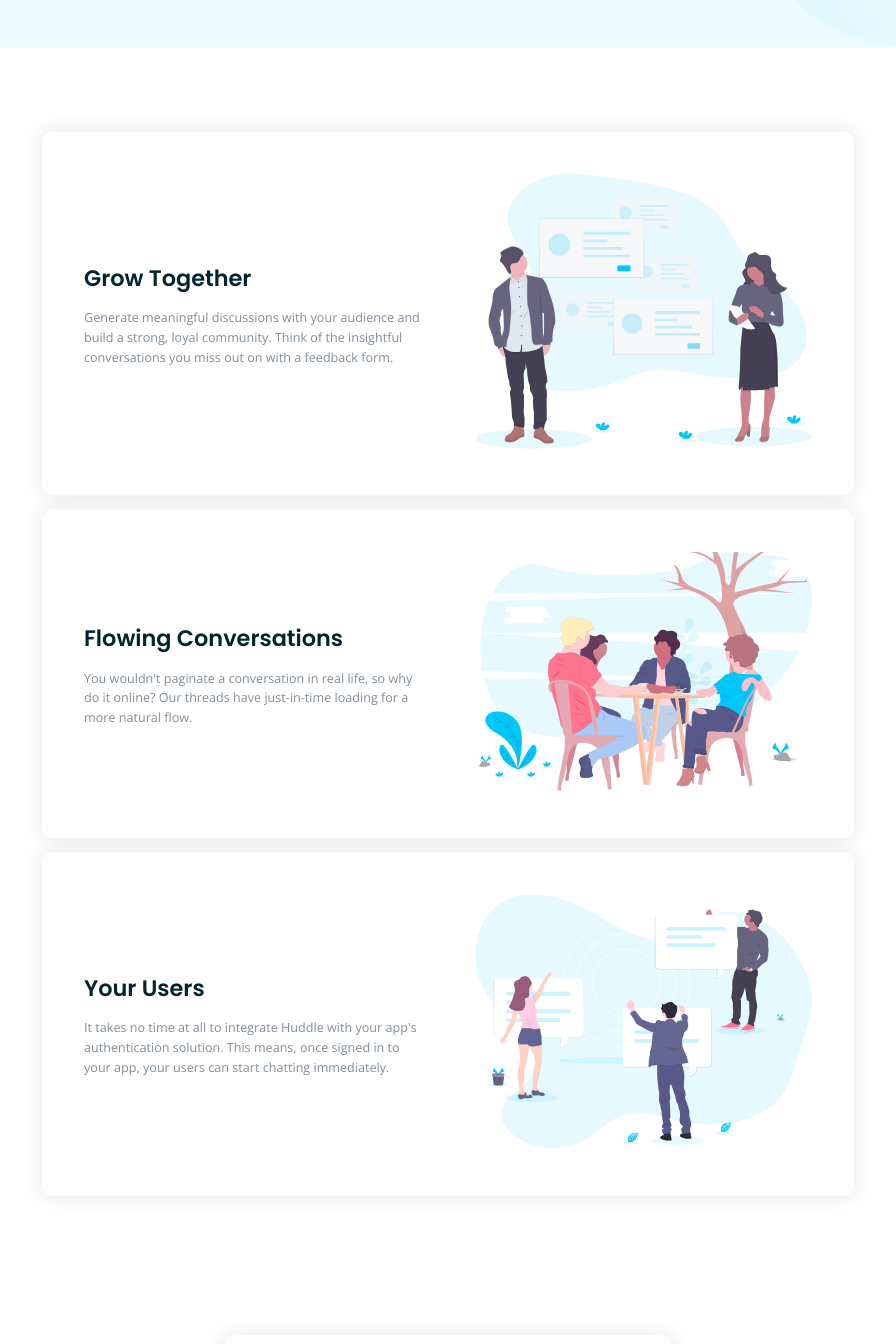
Repository: blordeus/huddle-landing-page
Page: index.html
An editor plug-in stored every save of this project. The page is shown before and after the next save, followed by the edit.
The browser window is 1280 px wide. The pictures show the part of the page from y = 620 to 2540 px (the page is 3305 px tall), at 70% of full size.

Above is the page before, as saved 2025-07-01 11:41:22.

After the next save:
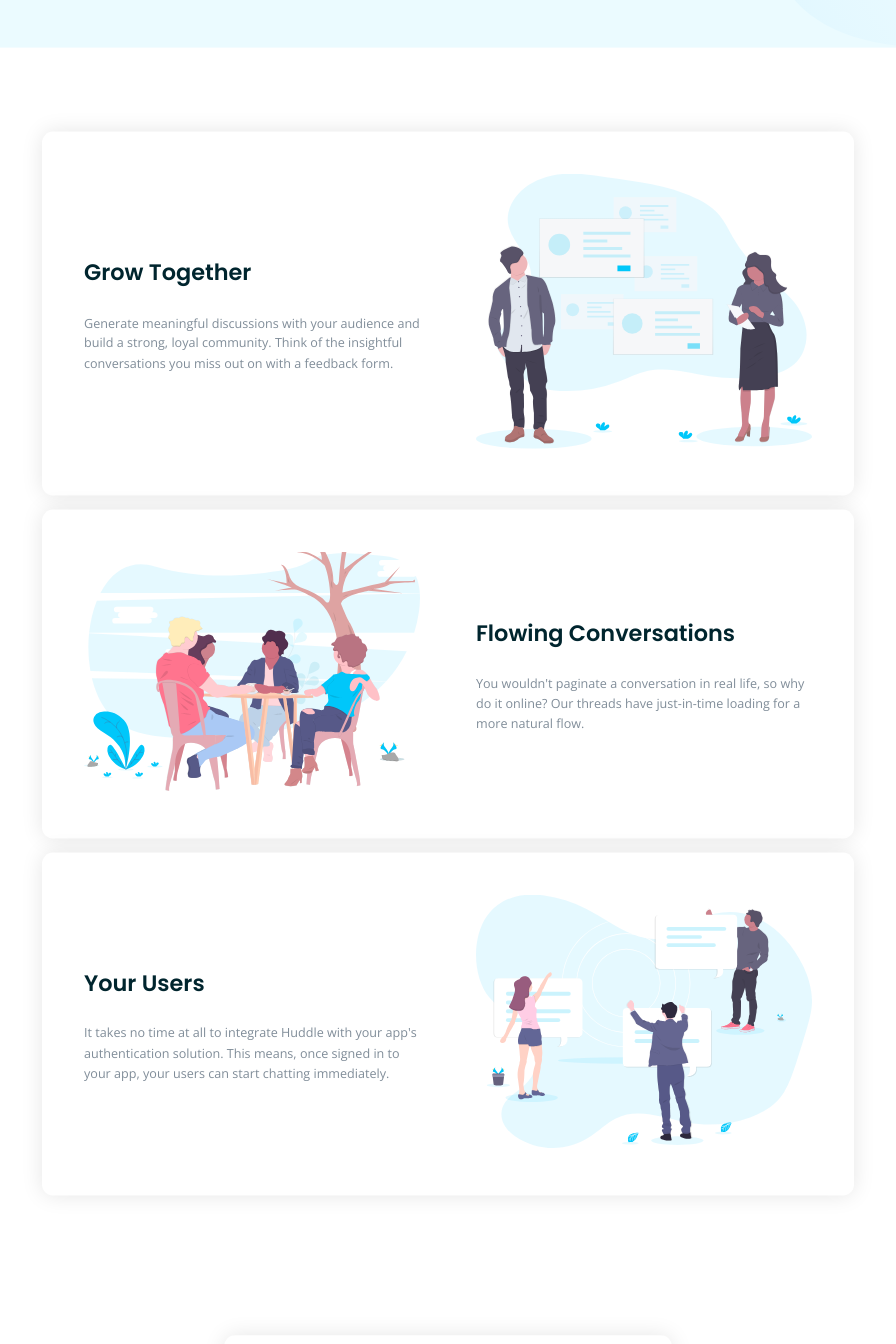
Saved 8 s later.
--- a/styles.css
+++ b/styles.css
@@ -123,7 +123,11 @@
       box-shadow: 0 0 30px rgba(0, 0, 0, 0.1);
     }
 
-    .feature-conte
+    .feature-content {
+      display: flex;
+      flex-direction: column;
+      gap: 16px;
+    }
 
     .feature:nth-child(even) .feature-content {
       order: 2;
